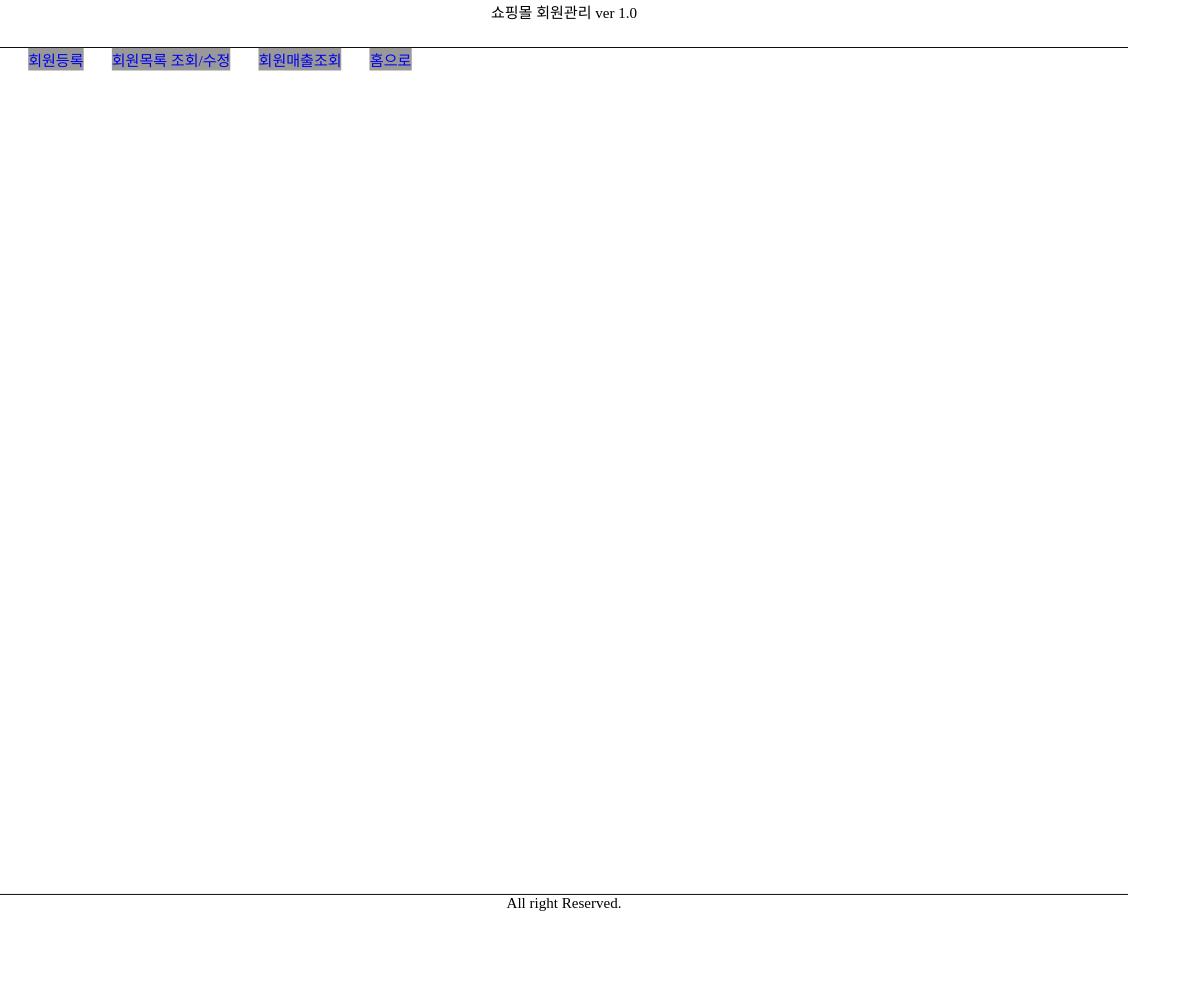
Repository: foodduck/HRD_exam
Page: http://localhost/HRD_1234/
An editor plug-in stored every save of this project. The page is shown before and after the next save, followed by the edit.
The browser window is 1280 px wide. The pictures show the whole page, at 94% of full size.
The page is served by Tomcat 9.

Above is the page before, as saved 2022-02-14 07:03:06.

After the next save:
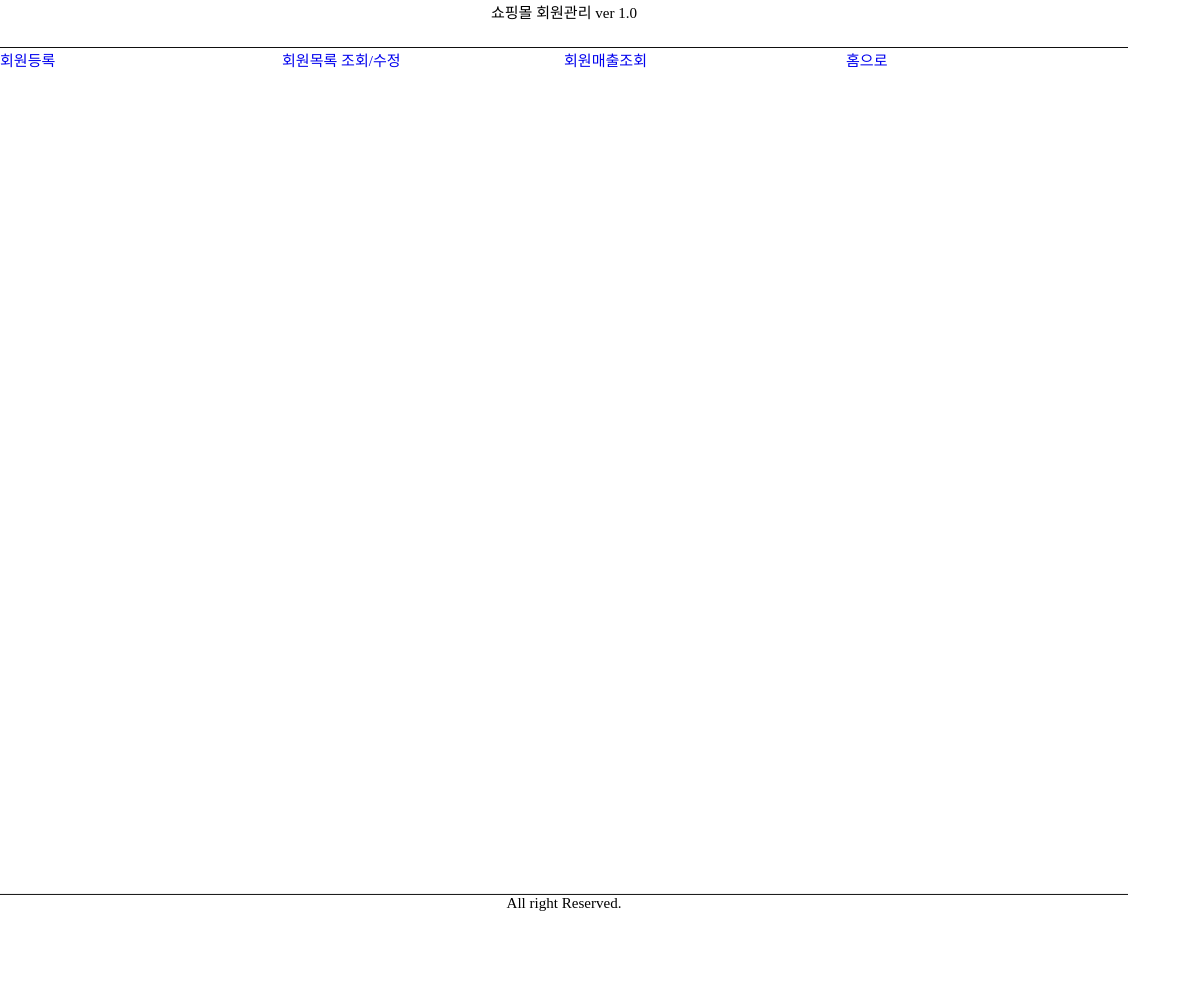
Saved 52 s later.
--- a/HRD_1234/WebContent/index.jsp
+++ b/HRD_1234/WebContent/index.jsp
@@ -16,7 +16,7 @@
 	.hd {height:50px; width: 1200px; border-bottom:solid black 1px;}
 	nav {clear:both;}
 	.tnb {height: 100px; width: 1200px; margin:0 auto;}
-	.tnb li { float:left; margin-left: 30px; background-color:#999;}
+	.tnb li { float:left; width:300px;}
 	.sec {width:100%; height:800px;}
 	.ft {clear:both; width:100%; height:120px; border-top:solid 1px black;}
 </style>
